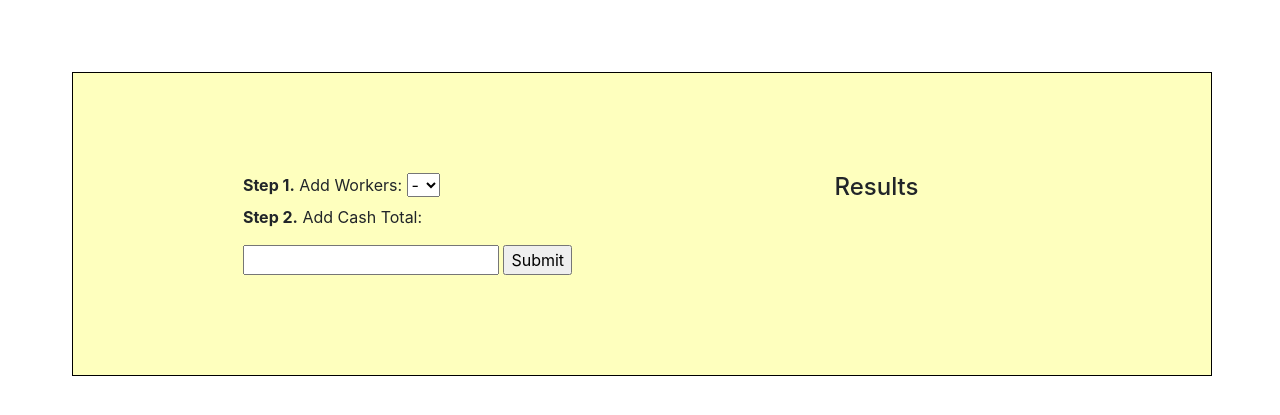
Repository: PBillingsby/on-the-fly
Page: on-the-fly-frontend/index.html
An editor plug-in stored every save of this project. The page is shown before and after the next save, followed by the edit.
The browser window is 1280 px wide. The pictures show the whole page.

Above is the page before, as saved 2020-07-13 16:20:29.

After the next save:
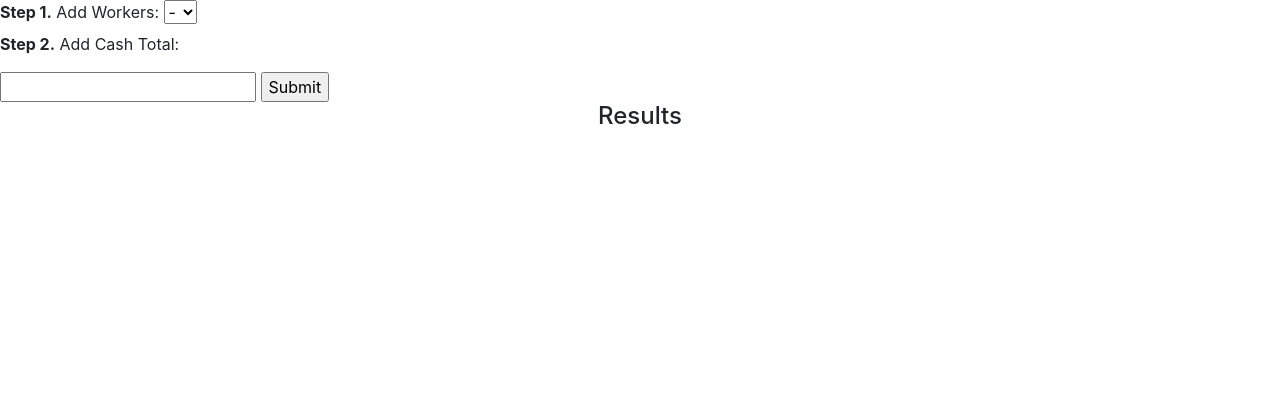
Saved 27 s later.
--- a/on-the-fly-frontend/index.html
+++ b/on-the-fly-frontend/index.html
@@ -10,7 +10,7 @@
   <title>Document</title>
 </head>
 <body>
-  <div class="container">
+  <div class="tip-calculator">
     <div id="worker-form" class="mx-auto">
       <label><strong>Step 1.</strong> Add Workers:</label>
       <select name="worker" id="addworker" onchange="addWorker(value)">
